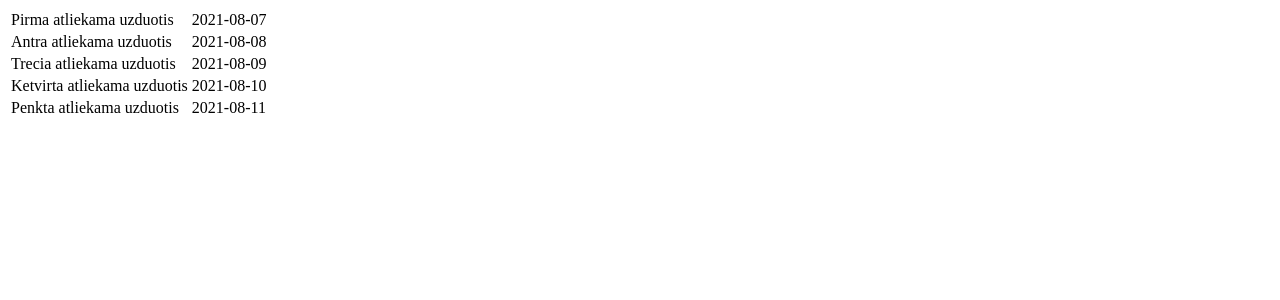
Repository: motiejus1/10-paskaita-PHP-05.31
Page: http://localhost/
These files come from the project's save history. The page is drawn as it stood at one moment and after the next save; the edit follows.
The browser window is 1280 px wide. The pictures show the whole page.
The page is run by PHP 8.4 with error messages shown; the project is at /var/www/html/.

Above is the page before, as saved 2021-08-07 11:58:47.

After the next save:
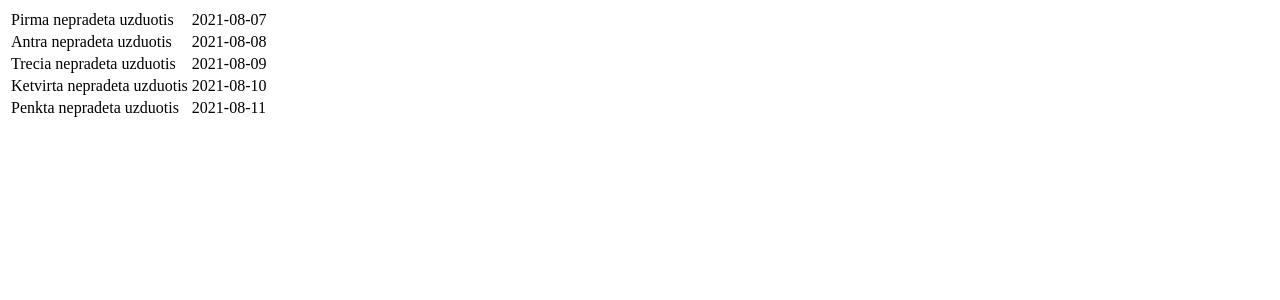
Saved 26 s later.
--- a/index.php
+++ b/index.php
@@ -77,7 +77,7 @@ $uzbaigtos = array(
 
 echo "<table>";
 
-foreach ($atliekamos as $eilute)
+foreach ($nepradetos as $eilute)
 {
     echo "<tr>";
     foreach($eilute as $stulpelis) {
